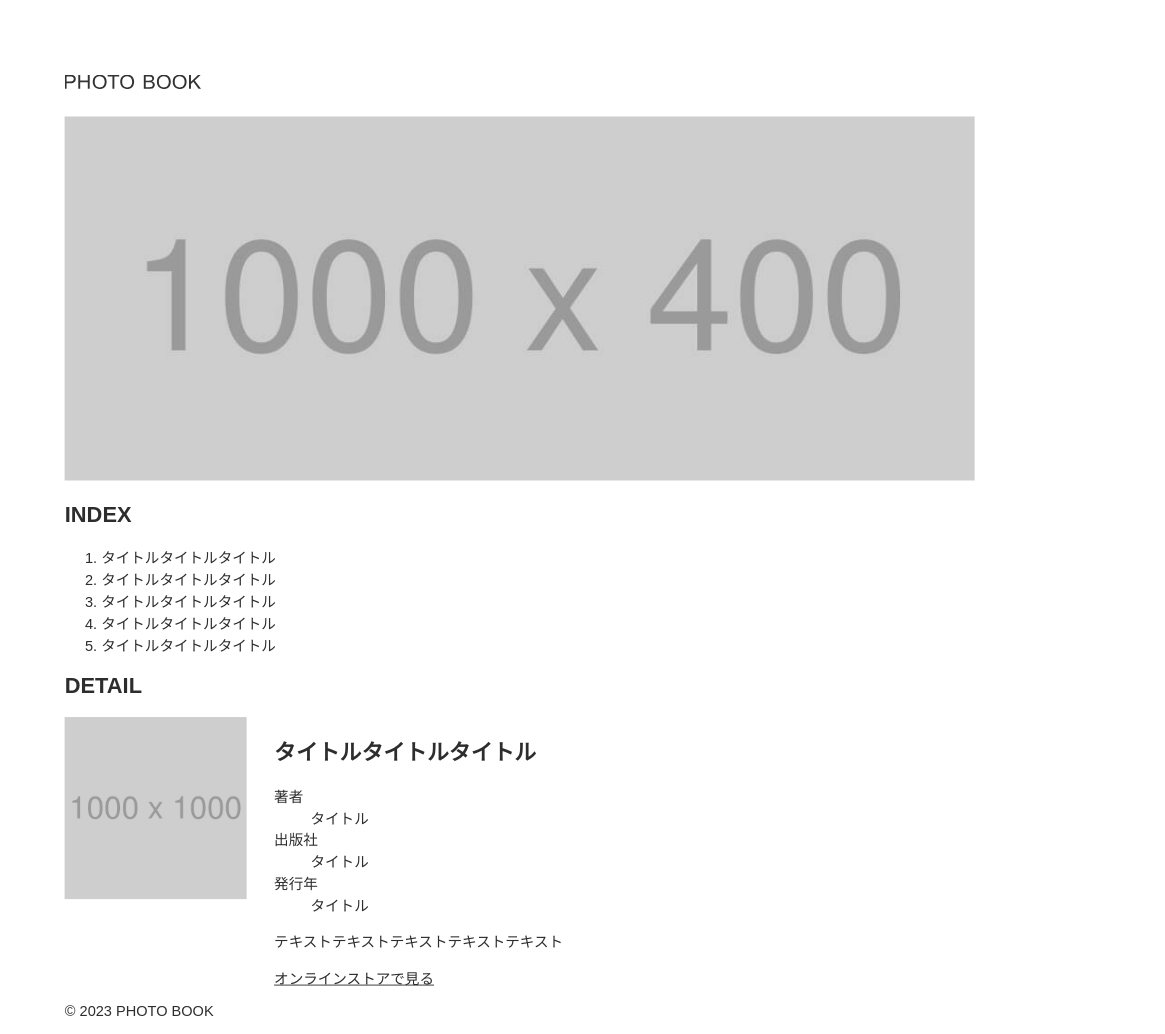
Repository: Fuki-san/photo-book-1
Page: http://localhost/photo
These files come from the project's save history. The page is drawn as it stood at one moment and after a run of saves; the edit follows.
The browser window is 1280 px wide. The pictures show the whole page, at 91% of full size.
The page is served by the project's Laravel application, run on PHP 8.4 with Laravel 10. Other server files are loaded and not shown.

Above is the page before, as saved 2023-11-26 16:00:46.

### routes/web.php
<?php

use Illuminate\Support\Facades\Route;

/*
|--------------------------------------------------------------------------
| Web Routes
|--------------------------------------------------------------------------
|
| Here is where you can register web routes for your application. These
| routes are loaded by the RouteServiceProvider and all of them will
| be assigned to the "web" middleware group. Make something great!
|
*/

Route::get('/', function () {
    return view('welcome');
});

Route::get('photo', function () {
    return view('photo');
});

### resources/views/photo.blade.php
@extends('layouts.main')

@section('title', 'photo')

@section('content')
    <header id="header" class="wrapper">
        <h1 class="site-title"><a href="#"><img src="img/logo.svg"></a></h1>
    </header>

    <main class="wrapper">
        <div id="mainvisual">
            <img src="img/mainvisual.jpg">
        </div>
        <section id="index">
            <h2 class="sec-title">INDEX</h2>
            <ol>
                <li>タイトルタイトルタイトル</li>
                <li>タイトルタイトルタイトル</li>
                <li>タイトルタイトルタイトル</li>
                <li>タイトルタイトルタイトル</li>
                <li>タイトルタイトルタイトル</li>
            </ol>
        </section>
        <section id="detail">
            <h2 class="sec-title">DETAIL</h2>
            <div class="flex-item">
                <div class="detail-img">
                    <img src="img/detail.jpg">
                </div>
                <div class="text">
                    <h2 class="sec-title">タイトルタイトルタイトル</h2>
                    <dl>
                        <dt>著者</dt>
                        <dd>タイトル</dd>
                        <dt>出版社</dt>
                        <dd>タイトル</dd>
                        <dt>発行年</dt>
                        <dd>タイトル</dd>
                    </dl>
                    <p>テキストテキストテキストテキストテキスト</p>
                    <a href="#">オンラインストアで見る</a>
                </div>
            </div>

        </section>
    </main>

    <footer id="footer" class="wrapper">
        <p class="copyright">&copy; 2023 PHOTO BOOK</p>
    </footer>
@endsection

### resources/views/layouts/main.blade.php
<!DOCTYPE html>
<html lang="ja">
<head>
    <meta charset="UTF-8">
    <meta name="viewport" content="width=device-width, initial-scale=1.0">
    <meta http-equiv="X-UA-Compatible" content="ie=edge">
    <link rel="stylesheet" href="{{ asset('css/reset.css') }}">
    <link rel="stylesheet" href="{{ asset('css/style.css') }}">
    <link rel="icon" href="img/favicon.ico">
    <title>@yield('title')</title>
</head>
<body>
    @yield('content')
</body>
</html>

### public/css/style.css
html{
    font-size: 100%;
}
body{
    color: #2d2d2d;
    font-family: Arial, Helvetica, sans-serif;
    font-size: ;
}
img{
    max-width: 100%;
}

.wrapper {
    padding: 0 5%;
}
a{
    color: #2d2d2d;
}

#header .site-title{
    width: 150px;
}
#header .site-title a{
    display: block;
}
#header{
    margin-bottom: 10px;
    padding-top: 40px;
}

#mainvisual{
    vertical-align: bottom;
}

#index{
    margin: 0 auto;
    text-align: left;
}
#index ul{
    display: inline;
}

.detail-img{
    width: 200px;
}
.flex-item{
    display: flex;
}

.text{
    padding: 0 30px;
}

### public/img/logo.svg
<?xml version="1.0" encoding="utf-8"?>
<!-- Generator: Adobe Illustrator 15.1.0, SVG Export Plug-In . SVG Version: 6.00 Build 0)  -->
<!DOCTYPE svg PUBLIC "-//W3C//DTD SVG 1.1//EN" "http://www.w3.org/Graphics/SVG/1.1/DTD/svg11.dtd">
<svg version="1.1" id="レイヤー_1" xmlns="http://www.w3.org/2000/svg" xmlns:xlink="http://www.w3.org/1999/xlink" x="0px"
	 y="0px" width="1400px" height="156px" viewBox="0 0 1400 156" enable-background="new 0 0 1400 156" xml:space="preserve">
<g>
	<path fill="#333333" d="M0,152.092V2.65h56.373c9.92,0,17.498,0.477,22.731,1.428c7.34,1.223,13.49,3.552,18.451,6.982
		c4.96,3.433,8.953,8.241,11.978,14.425c3.022,6.185,4.536,12.98,4.536,20.387c0,12.709-4.043,23.463-12.129,32.264
		c-8.09,8.802-22.699,13.202-43.834,13.202h-38.33v60.754H0z M19.775,73.702h38.636c12.775,0,21.847-2.379,27.217-7.136
		c5.369-4.757,8.053-11.451,8.053-20.082c0-6.252-1.581-11.604-4.741-16.056c-3.16-4.45-7.324-7.391-12.487-8.817
		c-3.33-0.883-9.481-1.325-18.452-1.325H19.775V73.702z"/>
	<path fill="#333333" d="M139.859,152.092V2.65h19.776v61.367h77.677V2.65h19.775v149.441h-19.775V81.652h-77.677v70.439H139.859z"
		/>
	<path fill="#333333" d="M288.174,79.309c0-24.805,6.66-44.224,19.98-58.258C321.473,7.019,338.667,0,359.735,0
		c13.795,0,26.232,3.298,37.309,9.889c11.076,6.593,19.521,15.784,25.332,27.574c5.811,11.791,8.716,25.163,8.716,40.112
		c0,15.155-3.059,28.713-9.175,40.674c-6.116,11.961-14.781,21.016-25.993,27.166c-11.214,6.15-23.311,9.226-36.291,9.226
		c-14.067,0-26.641-3.398-37.717-10.194c-11.079-6.794-19.471-16.071-25.179-27.829C291.029,104.86,288.174,92.425,288.174,79.309z
		 M308.562,79.614c0,18.01,4.843,32.197,14.527,42.559c9.684,10.364,21.831,15.546,36.442,15.546
		c14.884,0,27.131-5.231,36.75-15.699c9.615-10.464,14.423-25.313,14.423-44.546c0-12.165-2.057-22.784-6.167-31.856
		c-4.112-9.071-10.126-16.106-18.043-21.101c-7.917-4.995-16.804-7.493-26.656-7.493c-14,0-26.046,4.81-36.137,14.425
		C313.608,41.065,308.562,57.121,308.562,79.614z"/>
	<path fill="#333333" d="M490.425,152.092V20.286h-49.237V2.65h118.451v17.636h-49.439v131.806H490.425z"/>
	<path fill="#333333" d="M570.14,79.309c0-24.805,6.658-44.224,19.979-58.258C603.438,7.019,620.632,0,641.7,0
		c13.794,0,26.23,3.298,37.309,9.889c11.076,6.593,19.522,15.784,25.331,27.574c5.813,11.791,8.717,25.163,8.717,40.112
		c0,15.155-3.059,28.713-9.176,40.674c-6.114,11.961-14.779,21.016-25.992,27.166s-23.311,9.226-36.291,9.226
		c-14.068,0-26.641-3.398-37.717-10.194c-11.078-6.794-19.47-16.071-25.179-27.829C572.994,104.86,570.14,92.425,570.14,79.309z
		 M590.526,79.614c0,18.01,4.843,32.197,14.527,42.559c9.685,10.364,21.83,15.546,36.442,15.546
		c14.883,0,27.132-5.231,36.748-15.699c9.615-10.464,14.424-25.313,14.424-44.546c0-12.165-2.057-22.784-6.166-31.856
		c-4.113-9.071-10.127-16.106-18.043-21.101c-7.918-4.995-16.804-7.493-26.658-7.493c-14,0-26.044,4.81-36.136,14.425
		C595.572,41.065,590.526,57.121,590.526,79.614z"/>
	<path fill="#333333" d="M812.43,152.092V2.65h56.066c11.416,0,20.573,1.514,27.472,4.537c6.896,3.024,12.3,7.68,16.209,13.966
		c3.907,6.286,5.861,12.861,5.861,19.724c0,6.39-1.732,12.404-5.198,18.044c-3.467,5.641-8.7,10.193-15.7,13.659
		c9.039,2.65,15.987,7.172,20.848,13.558c4.857,6.389,7.289,13.933,7.289,22.631c0,7-1.479,13.506-4.435,19.521
		c-2.957,6.016-6.612,10.652-10.958,13.915c-4.352,3.261-9.806,5.726-16.363,7.391c-6.558,1.666-14.593,2.497-24.106,2.497H812.43z
		 M832.206,65.444h32.313c8.768,0,15.053-0.576,18.859-1.733c5.027-1.493,8.818-3.975,11.366-7.439
		c2.548-3.468,3.822-7.815,3.822-13.049c0-4.961-1.188-9.328-3.567-13.099c-2.38-3.773-5.776-6.354-10.192-7.748
		c-4.419-1.393-11.997-2.09-22.733-2.09h-29.868V65.444z M832.206,134.457h37.208c6.386,0,10.872-0.237,13.455-0.715
		c4.552-0.814,8.358-2.173,11.417-4.077c3.058-1.901,5.571-4.672,7.544-8.308c1.971-3.634,2.956-7.832,2.956-12.589
		c0-5.571-1.428-10.414-4.281-14.526c-2.854-4.111-6.814-6.999-11.876-8.665c-5.063-1.664-12.354-2.497-21.865-2.497h-34.558
		V134.457z"/>
	<path fill="#333333" d="M946.479,79.309c0-24.805,6.659-44.224,19.979-58.258C979.776,7.019,996.972,0,1018.039,0
		c13.794,0,26.23,3.298,37.309,9.889c11.077,6.593,19.521,15.784,25.331,27.574c5.812,11.791,8.717,25.163,8.717,40.112
		c0,15.155-3.058,28.713-9.175,40.674s-14.781,21.016-25.994,27.166s-23.311,9.226-36.29,9.226
		c-14.068,0-26.641-3.398-37.717-10.194c-11.078-6.794-19.47-16.071-25.18-27.829C949.332,104.86,946.479,92.425,946.479,79.309z
		 M966.865,79.614c0,18.01,4.842,32.197,14.526,42.559c9.685,10.364,21.83,15.546,36.442,15.546
		c14.884,0,27.133-5.231,36.749-15.699c9.615-10.464,14.424-25.313,14.424-44.546c0-12.165-2.057-22.784-6.166-31.856
		c-4.113-9.071-10.127-16.106-18.044-21.101c-7.917-4.995-16.803-7.493-26.657-7.493c-14.001,0-26.044,4.81-36.136,14.425
		C971.91,41.065,966.865,57.121,966.865,79.614z"/>
	<path fill="#333333" d="M1108.865,79.309c0-24.805,6.66-44.224,19.979-58.258C1142.163,7.019,1159.357,0,1180.426,0
		c13.794,0,26.23,3.298,37.31,9.889c11.076,6.593,19.521,15.784,25.332,27.574c5.811,11.791,8.715,25.163,8.715,40.112
		c0,15.155-3.059,28.713-9.175,40.674c-6.115,11.961-14.779,21.016-25.993,27.166s-23.312,9.226-36.29,9.226
		c-14.068,0-26.642-3.398-37.719-10.194c-11.078-6.794-19.469-16.071-25.177-27.829
		C1111.719,104.86,1108.865,92.425,1108.865,79.309z M1129.254,79.614c0,18.01,4.842,32.197,14.525,42.559
		c9.684,10.364,21.831,15.546,36.442,15.546c14.882,0,27.131-5.231,36.749-15.699c9.615-10.464,14.424-25.313,14.424-44.546
		c0-12.165-2.057-22.784-6.167-31.856c-4.113-9.071-10.127-16.106-18.043-21.101c-7.917-4.995-16.804-7.493-26.658-7.493
		c-13.999,0-26.044,4.81-36.135,14.425C1134.298,41.065,1129.254,57.121,1129.254,79.614z"/>
	<path fill="#333333" d="M1276.45,152.092V2.65h19.776V76.76l74.211-74.109h26.81l-62.691,60.552l65.444,88.89h-26.096
		l-53.213-75.638l-24.465,23.854v51.784H1276.45z"/>
</g>
</svg>

After the next 2 saves:
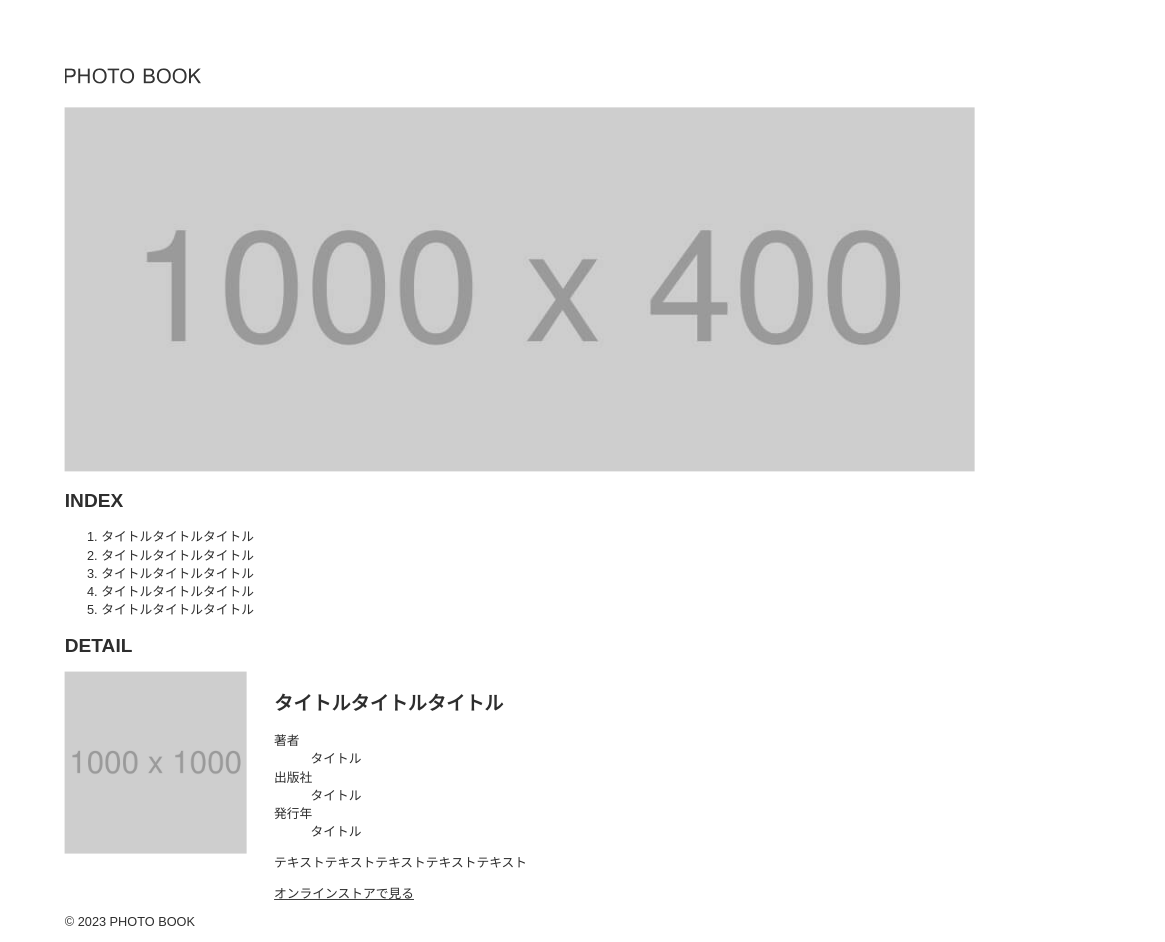
The 2 saves are shown as one change because they came seconds apart.
The last was saved 7 s later.
--- a/public/css/style.css
+++ b/public/css/style.css
@@ -4,7 +4,7 @@
 body{
     color: #2d2d2d;
     font-family: Arial, Helvetica, sans-serif;
-    font-size: ;
+    font-size: 0.875rem;
 }
 img{
     max-width: 100%;

After the save that followed:
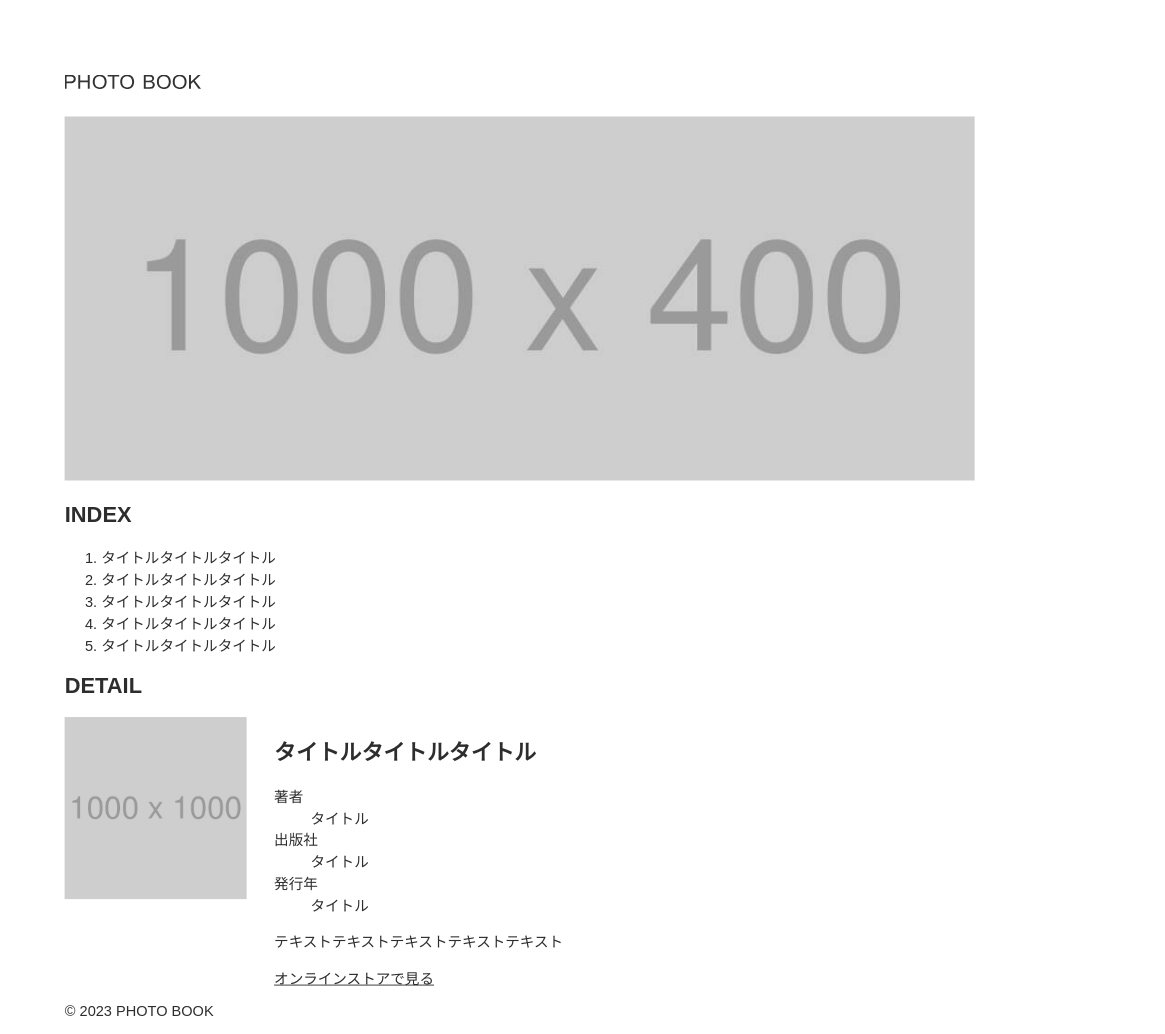
Saved 8 s later.
--- a/public/css/style.css
+++ b/public/css/style.css
@@ -4,7 +4,7 @@
 body{
     color: #2d2d2d;
     font-family: Arial, Helvetica, sans-serif;
-    font-size: 0.875rem;
+    /* font-size: 0.875rem; */
 }
 img{
     max-width: 100%;
